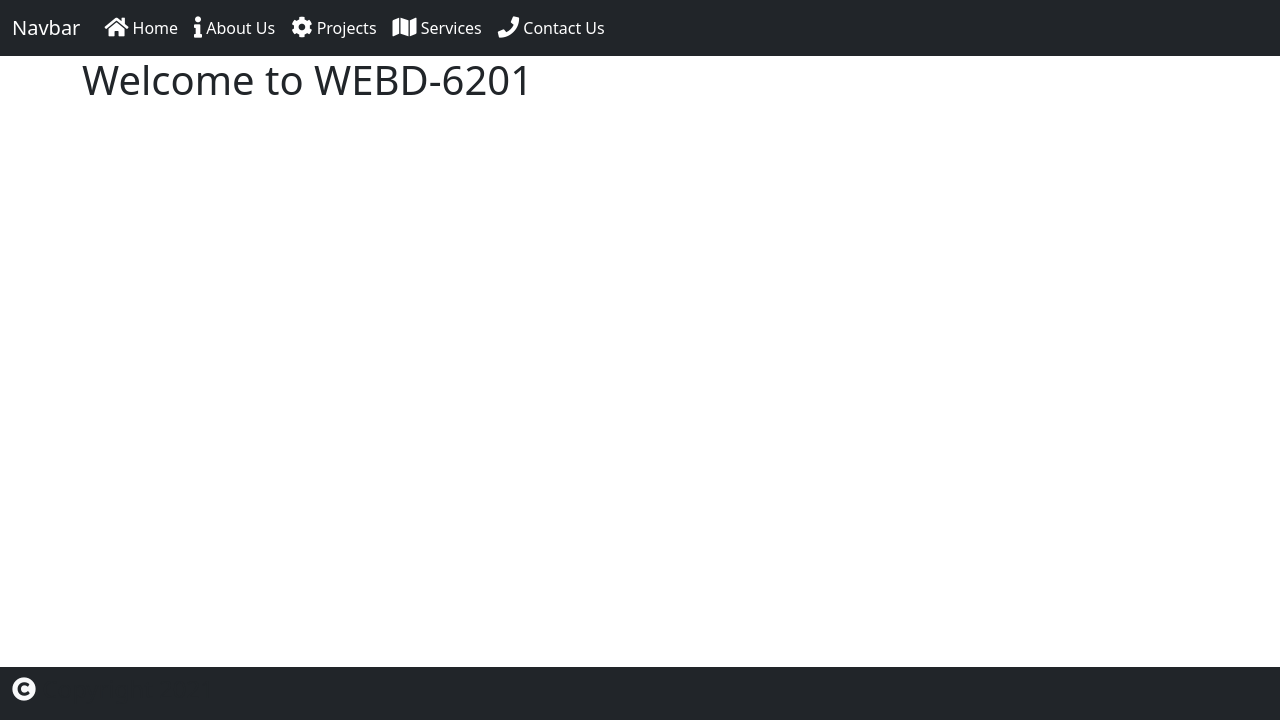
Repository: CKM206/WEBD6201-W2021---ICE1
Page: index.html
The author's editor kept a copy of each file at every save. The page is drawn from the files as they stood at one save, then again after the next save.
The browser window is 1280 px wide. The pictures show the whole page.

Above is the page before, as saved 2021-01-20 09:15:26.

### index.html
<!DOCTYPE html>
<html lang="en">
<head>
    <meta charset="UTF-8">
    <meta name="viewport" content="width=device-width, initial-scale=1.0">
    <title>WEBD6201 - W2021 - ICE 1</title>
    <!-- CSS Section -->
    <!-- Inject Bootstrap first, always-->
    <link rel="stylesheet"
    href="./node_modules/bootstrap/dist/css/bootstrap.min.css">
    <!-- Now inject Icon Fonts using Font Awesome-->
    <link rel="stylesheet"
    href="./node_modules/@fortawesome/fontawesome-free/css/all.min.css">
    <!-- Now inject our custom css-->
    <link rel="stylesheet" href="./Content/app.css">
</head>
<body>

    <header>
        <nav class="navbar navbar-expand-lg navbar-dark bg-dark">
            <div class="container-fluid">
              <a class="navbar-brand" href="#">Navbar</a>
              <button class="navbar-toggler" type="button" data-bs-toggle="collapse" data-bs-target="#navbarSupportedContent" aria-controls="navbarSupportedContent" aria-expanded="false" aria-label="Toggle navigation">
                <span class="navbar-toggler-icon"></span>
              </button>
              <div class="collapse navbar-collapse" id="navbarSupportedContent">
                <ul class="navbar-nav me-auto mb-2 mb-lg-0">
                  <li class="nav-item">
                    <a class="nav-link active" aria-current="page" href="#"><i class="fas fa-home fa-lg"></i> Home</a>
                  </li>
                  <li class="nav-item">
                    <a class="nav-link active" aria-current="page" href="#"><i class="fas fa-info fa-lg"></i> About Us</a>
                  </li>
                  <li class="nav-item">
                    <a class="nav-link active" aria-current="page" href="#"><i class="fas fa-cog fa-lg"></i> Projects</a>
                  </li>
                  <li class="nav-item">
                    <a class="nav-link active" aria-current="page" href="#"><i class="fas fa-map fa-lg"></i> Services</a>
                  </li>
                  <li class="nav-item">
                    <a class="nav-link active" aria-current="page" href="#"><i class="fas fa-phone fa-lg"></i> Contact Us</a>
                  </li>
                </ul>
              </div>
            </div>
          </nav>
    </header>
    <main class="container">
        <h1>Welcome to WEBD-6201</h1>
    </main>

    <!-- Footer Section -->
    <footer>
        <nav class="navbar fixed-bottom navbar-dark bg-dark">
            <div class="container-fluid">
              <h4><i class="fas fa-copyright text-light"></i> Copyright 2021</h4>
            </div>
          </nav>
    </footer>

    <!--Script Section-->
    <script src="./node_modules/jquery/dist/jquery.min.js"></script>
    <script src="./node_modules/bootstrap/dist/js/bootstrap.bundle.min.js"></script>
    <script src="./Scripts/app.js"></script>
</body>
</html>

### Content/app.css
/* Custom CSS Here */

### Scripts/app.js
/* Custom Javascript Here */

// IIFE - Immediately Invoked Function Expression (Anonymous Self-Executing Function)
//Acts as a Closure, Limits Scope Leak
(function()
{
    function Start()
    {
        console.log("App Started...");
    }

    window.addEventListener("load", Start);
})();

Loaded but not shown: node_modules/bootstrap/dist/css/bootstrap.min.css (library); node_modules/@fortawesome/fontawesome-free/css/all.min.css (library); node_modules/jquery/dist/jquery.min.js (library); node_modules/bootstrap/dist/js/bootstrap.bundle.min.js (library)

After the next save:
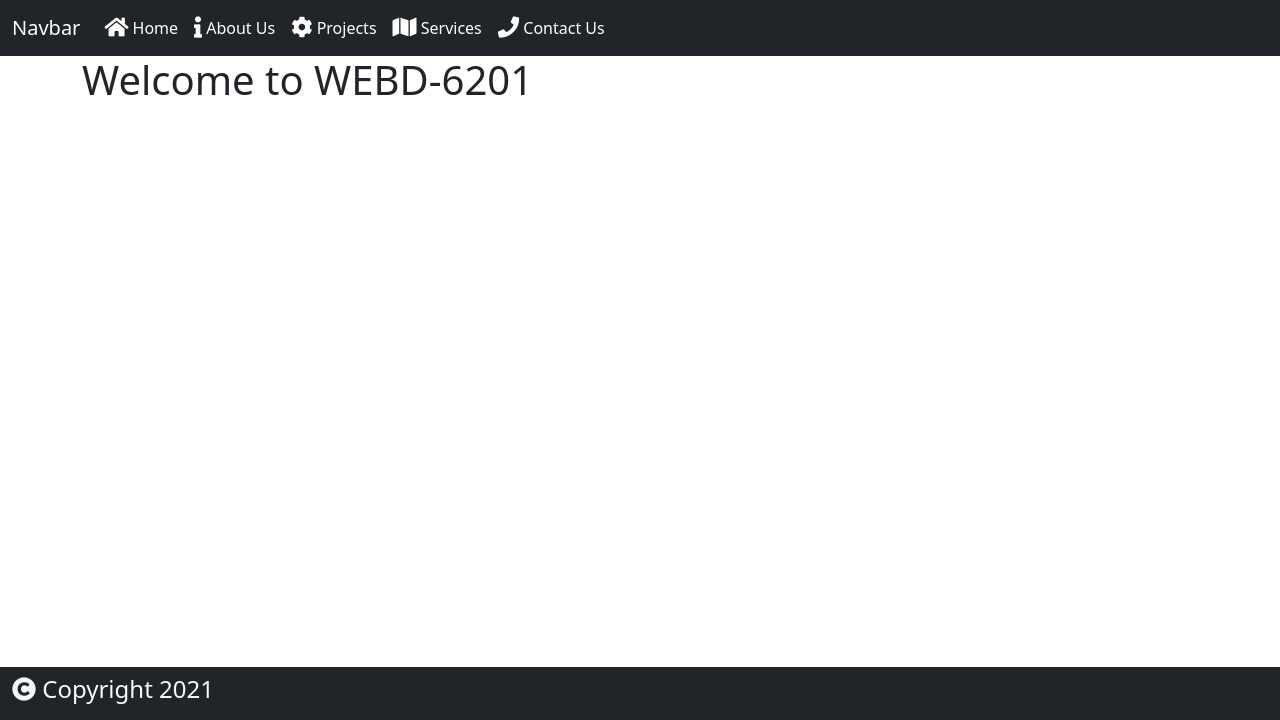
Saved 18 s later.
--- a/index.html
+++ b/index.html
@@ -53,7 +53,7 @@
     <footer>
         <nav class="navbar fixed-bottom navbar-dark bg-dark">
             <div class="container-fluid">
-              <h4><i class="fas fa-copyright text-light"></i> Copyright 2021</h4>
+              <h4 class="text-light"><i class="fas fa-copyright text-light"></i> Copyright 2021</h4>
             </div>
           </nav>
     </footer>
